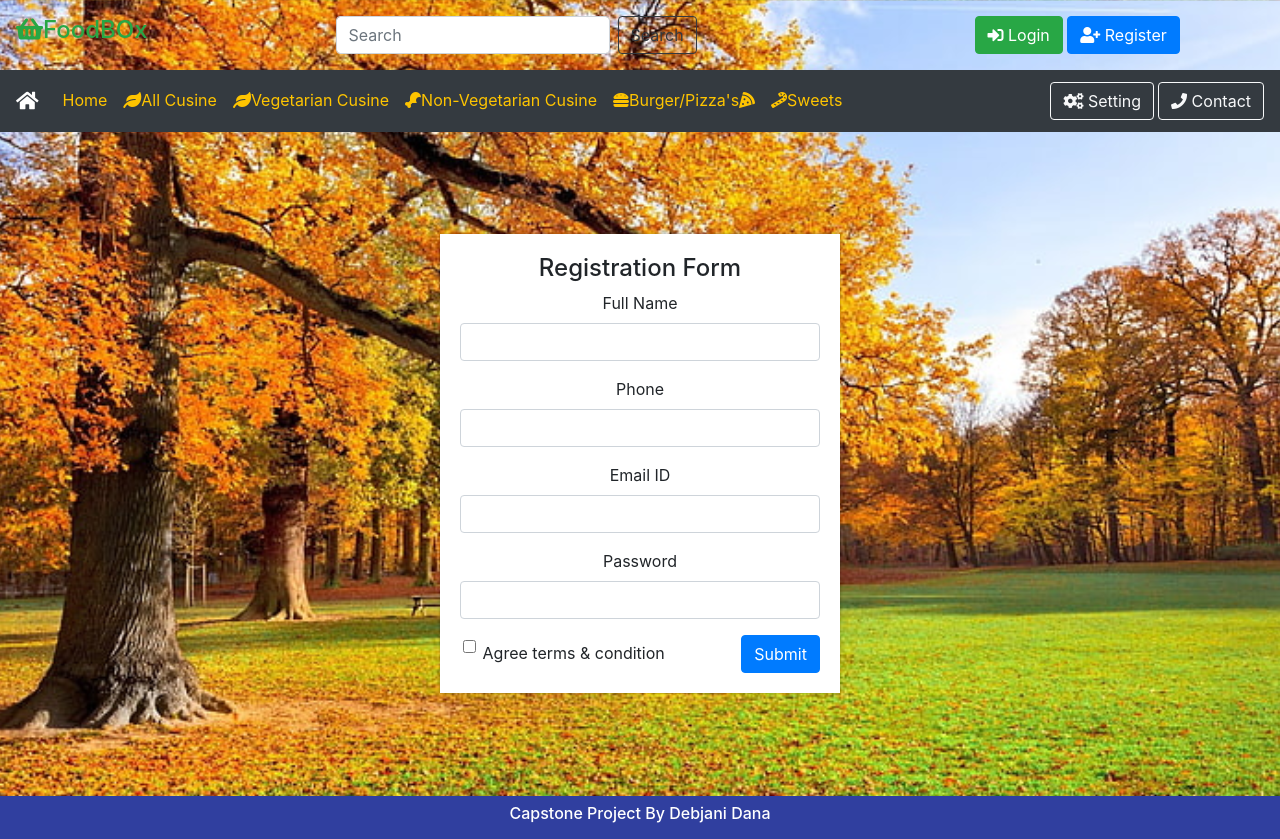
Repository: debjaniprofessional32/Capstone-Final-FoodBox-Delivery-Project
Page: http://localhost/OnlinFoodBOX/rejister.jsp
The author's editor kept a copy of each file at every save. The page is drawn from the files as they stood at one save, then again after the next save.
The browser window is 1280 px wide. The pictures show the whole page.
Some web libraries are served in a nearby version. The page is served by Tomcat 9. Other server files are loaded and not shown.

Above is the page before, as saved 2022-12-23 11:34:52.

### OnlinFoodBOX/src/main/webapp/rejister.jsp
<%@ page language="java" contentType="text/html; charset=ISO-8859-1"    pageEncoding="ISO-8859-1"%>
<%@ taglib prefix="c" uri="http://java.sun.com/jsp/jstl/core" %>
 <%@ page isELIgnored = "false" %>

<!DOCTYPE html>
<html>
<style>
body{

margin:0;
padding:0;
font-family:sans-serif;
background-image:url(img/mass/hd-images-1920x1200.jpg);
background-size:cover;
background-position:center;}
.cont{
width:400px;
box-shadow:0 0 3px 0 rgba(0,0,0,0.3);
background:#fff;
padding:20px;
margin:8% auto 8%;
text-align:center;
.exampleInputPassword1 {
 float: left ;
}
</style>
<head>
<meta charset="ISO-8859-1">
<title>Insert title here</title>
<%@include file="all_Component/allCss.jsp"%>
<link rel="stylesheet" href="all_Component/style.css">
</head>
<%@include file="all_Component/navbar.jsp"%>
<div class="cont">
<h4>Registration Form</h4>
<c:if test="${not empty succMsg }">
<p class="text-center text-success">${succMsg}</p>
<c:remove var="succMsg" scope="session"/>
</c:if>
<c:if test="${not empty failedMsg }">
<p class="text-center text-danger">${failedMsg}</p>
<c:remove var="failedMsg" scope="session"/>
</c:if>
<form class="form-horizontal" action="register" method="post">

<div class="form-group">
    <label for="exampleInputEmail1">Full Name</label>

    <input type="text" class="form-control" name="fname" id="exampleInputEmail1" aria-describedby="emailHelp" required="required">
</div>
<div class="form-group">
    <label for="exampleInputEmail1">Phone</label>

    <input type="number" class="form-control" name="phone" id="exampleInputEmail1" aria-describedby="emailHelp" required="required"">
</div>

<div class="form-group">
    <label for="exampleInputEmail1">Email ID </label>

    <input type="email" class="form-control" name="email" id="exampleInputEmail1" aria-describedby="emailHelp"required="required">
 </div>
<div class="form-group">
    <label for="exampleInputPassword1">Password</label>

    <input type="password" name="pwd"class="form-control" id="exampleInputPassword1" required="required">
 </div>
<tr><td colspan="3">
    &nbsp;&nbsp; &nbsp; <input type="checkbox" class="form-check-input" name="check" id="exampleCheck1">
    <label class="form-check-label" for="exampleCheck1">Agree terms & condition</label></td></tr>
<tr><td>
  &nbsp;&nbsp;&nbsp;&nbsp;&nbsp;&nbsp;&nbsp;&nbsp;&nbsp;&nbsp;&nbsp;&nbsp;&nbsp;&nbsp;&nbsp;&nbsp;<button type="submit" class="btn btn-primary ">Submit</button>
  </td></tr>
  </table>





</form>

</div>


<%@include file="all_Component/footer.jsp"%>
<body>

</body>
</html>

### OnlinFoodBOX/src/main/webapp/all_Component/allCss.jsp
<link rel="stylesheet"
	href="https://cdn.jsdelivr.net/npm/bootstrap@4.0.0/dist/css/bootstrap.min.css"
	integrity="sha384-Gn5384xqQ1aoWXA+058RXPxPg6fy4IWvTNh0E263XmFcJlSAwiGgFAW/dAiS6JXm"
	crossorigin="anonymous">
<script src="https://code.jquery.com/jquery-3.2.1.slim.min.js"
	integrity="sha384-KJ3o2DKtIkvYIK3UENzmM7KCkRr/rE9/Qpg6aAZGJwFDMVNA/GpGFF93hXpG5KkN"
	crossorigin="anonymous"></script>
<script
	src="https://cdn.jsdelivr.net/npm/popper.js@1.12.9/dist/umd/popper.min.js"
	integrity="sha384-ApNbgh9B+Y1QKtv3Rn7W3mgPxhU9K/ScQsAP7hUibX39j7fakFPskvXusvfa0b4Q"
	crossorigin="anonymous"></script>
<script
	src="https://cdn.jsdelivr.net/npm/bootstrap@4.0.0/dist/js/bootstrap.min.js"
	integrity="sha384-JZR6Spejh4U02d8jOt6vLEHfe/JQGiRRSQQxSfFWpi1MquVdAyjUar5+76PVCmYl"
	crossorigin="anonymous"></script>
<link rel="stylesheet"
	href="https://cdnjs.cloudflare.com/ajax/libs/font-awesome/5.15.3/css/all.min.css"
	integrity="sha512-iBBXm8fW90+nuLcSKlbmrPcLa0OT92xO1BIsZ+ywDWZCvqsWgccV3gFoRBv0z+8dLJgyAHIhR35VZc2oM/gI1w=="
	crossorigin="anonymous" referrerpolicy="no-referrer" />

### OnlinFoodBOX/src/main/webapp/all_Component/navbar.jsp
 <%@ taglib prefix="c" uri="http://java.sun.com/jsp/jstl/core" %>
 <%@ page isELIgnored = "false" %>
 <style type="text/css">
 .navbar {
     background: #000000
 }

 .nav-item::after {
     content: '';
     display: block;
     width: 0px;
     height: 2px;
     background: #fec400;
     transition: 0.4s
 }

 .nav-item:hover::after {
     width: 100%
 }

 .navbar-dark .navbar-nav .active>.nav-link,
 .navbar-dark .navbar-nav .nav-link.active,
 .navbar-dark .navbar-nav .nav-link.show,
 .navbar-dark .navbar-nav .show>.nav-link,
 .navbar-dark .navbar-nav .nav-link:focus,
 .navbar-dark .navbar-nav .nav-link:hover {
     color: #fec400
 }

 .nav-link {
     padding: 10px 5px;
     transition: 0.2s
 }

 body{
     background-color:grey;
 }
</style>
<div class="container-fluid p-3">
	<div class="row">

		<div class="col-md-3 text-success">

<h4><i class='fa fa-shopping-basket'></i>FoodBOx</h4>
		</div>

		<div class="col-md-6">
			<form class="form-inline my-2 my-lg-0">
				<input class="form-control mr-sm-2" type="search"
					placeholder="Search" aria-label="Search">
				<button class="btn btn-outline-dark my-2 my-sm-0" type="submit">Search</button>
			</form>
		</div>
		<c:if test="${not empty userobj}">
		<div class="col-md-3">
		    <a href="checkout.jsp" class="mt-6"><i class='fas fa-cart-plus fa-2x '></i></a>
			<a href="login.jsp" class="btn btn-success"><i class='fas fa-user-plus'></i>&nbsp;${userobj.name}</a>
			<a href="logout" class="btn btn-primary "><i class='fas fa-sign-in-alt'></i>&nbsp;Logout</a>
		</div>

		</c:if>
		<c:if test="${empty userobj}">
		<div class="col-md-3">
			<a href="login.jsp" class="btn btn-success"><i class='fas fa-sign-in-alt'></i>&nbsp;Login</a>
			<a href="rejister.jsp" class="btn btn-primary "><i class='fas fa-user-plus'></i>&nbsp;Register</a>
		</div>

		</c:if>

	</div>



</div>


<nav class="navbar navbar-expand-lg navbar-dark bg-dark">
  <a class="navbar-brand " href="#"><i class="fas fa-home"></i></a>
  <button class="navbar-toggler" type="button" data-toggle="collapse" data-target="#navbarSupportedContent" aria-controls="navbarSupportedContent" aria-expanded="false" aria-label="Toggle navigation">
    <span class="navbar-toggler-icon"></span>
  </button>

  <div class="collapse navbar-collapse" id="navbarSupportedContent">
    <ul class="navbar-nav mr-auto">
      <li class="nav-item active "><a class="nav-link " href="index.jsp">Home <span class="sr-only">(current)</span></a></li>
      <li class="nav-item active"><a class="nav-link" href="all_veg.jsp"><i class="fa fa-leaf"></i>All Cusine</a></li>
      <li class="nav-item active"><a class="nav-link" href="all_veg1.jsp"><i class="fa fa-leaf"></i>Vegetarian Cusine</a></li>
      <li class="nav-item active"><a class="nav-link " href="all_nonveg.jsp"><i class='fas fa-drumstick-bite'></i>Non-Vegetarian Cusine</a></li>
      <li class="nav-item active"><a class="nav-link " href="all_Bpizza.jsp"><i class='fas fa-hamburger'></i>Burger/Pizza's<i class='fas fa-pizza-slice'></i></a></li>
      <li class="nav-item active"><a class="nav-link " href="all_sweet.jsp"><i class='fas fa-candy-cane'></i>Sweets</a></li>
    </ul>
    <form class="form-inline my-2 my-lg-0">
     <a class="btn btn-outline-light my-2 my-sm-0" href="setting.jsp" class="outline-light"><i class='fa fa-cogs '></i>&nbsp;Setting</a>
      <button class="btn btn-outline-light my-2 my-sm-0 ml-1" type="submit"><i class='fa fa-phone'></i>&nbsp;Contact</button>
    </form>
  </div>
</nav>

### OnlinFoodBOX/src/main/webapp/all_Component/footer.jsp
<div class="container-fluid text-center text-white p-2 mt-2" style="background-color:#303f9f;">
<h6>Capstone Project By Debjani Dana</h6>

</div>

### OnlinFoodBOX/src/main/webapp/all_Component/style.css
 .navbar-nav active .nav-link:hover {

    background-color:#b2ff59;
    text-color:#000000;
    border-radius:10px;
}
.navbar-item:hover {


    text-color:#000000;

}

.carousel {
  width:auto;
  height:400px;
}

After the next save:
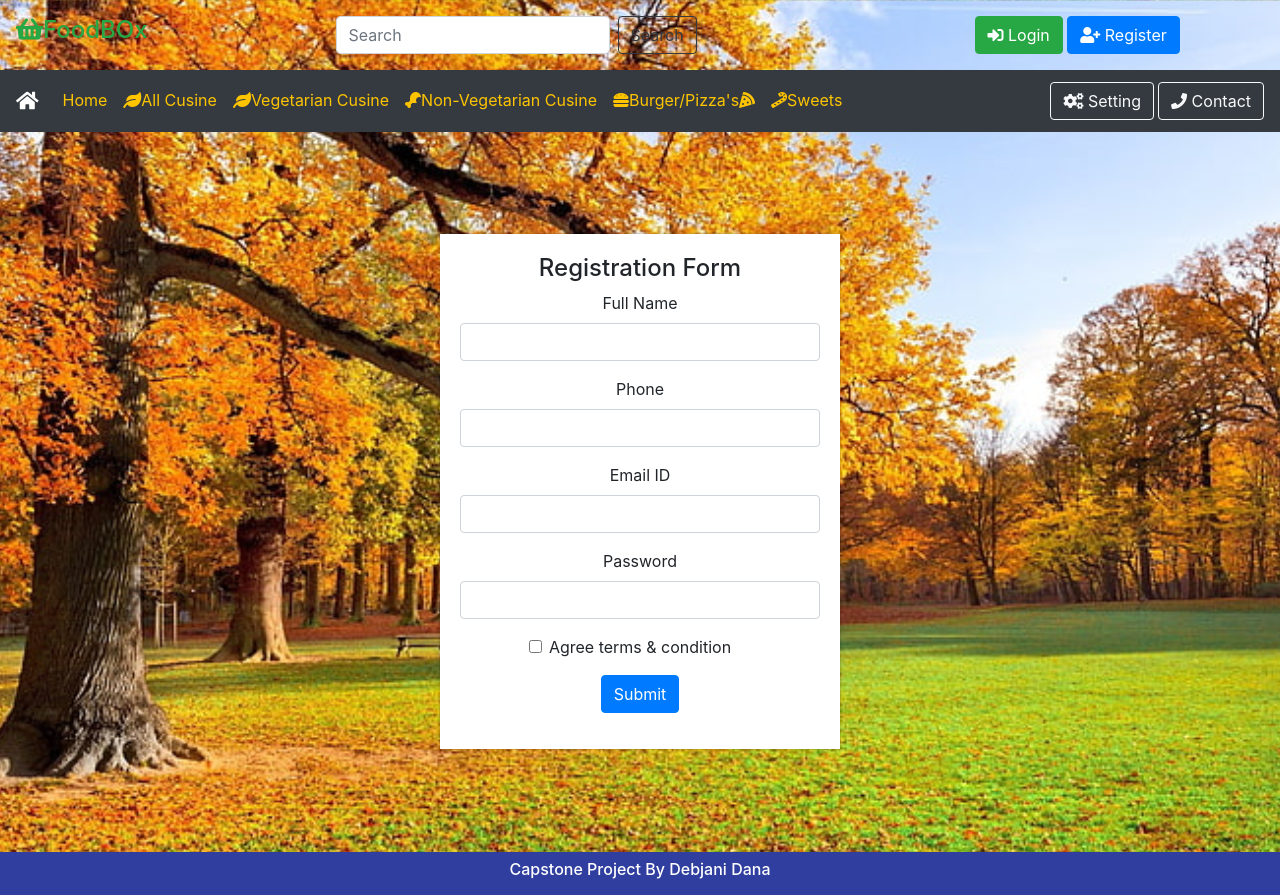
Saved 97 s later.
--- a/OnlinFoodBOX/src/main/webapp/rejister.jsp
+++ b/OnlinFoodBOX/src/main/webapp/rejister.jsp
@@ -64,13 +64,12 @@ text-align:center;
 
     <input type="password" name="pwd"class="form-control" id="exampleInputPassword1" required="required">
  </div>
-<tr><td colspan="3">
-    &nbsp;&nbsp; &nbsp; <input type="checkbox" class="form-check-input" name="check" id="exampleCheck1">
-    <label class="form-check-label" for="exampleCheck1">Agree terms & condition</label></td></tr>
-<tr><td>
-  &nbsp;&nbsp;&nbsp;&nbsp;&nbsp;&nbsp;&nbsp;&nbsp;&nbsp;&nbsp;&nbsp;&nbsp;&nbsp;&nbsp;&nbsp;&nbsp;<button type="submit" class="btn btn-primary ">Submit</button>
-  </td></tr>
-  </table>
+<div class="form-group">
+<input type="checkbox" class="form-check-input" name="check" id="exampleCheck1">
+    <label class="form-check-label" for="exampleCheck1">Agree terms & condition</label></div>
+<div class="form-group">
+  <button type="submit" class="btn btn-primary ">Submit</button>
+ </div>
 
 
 
